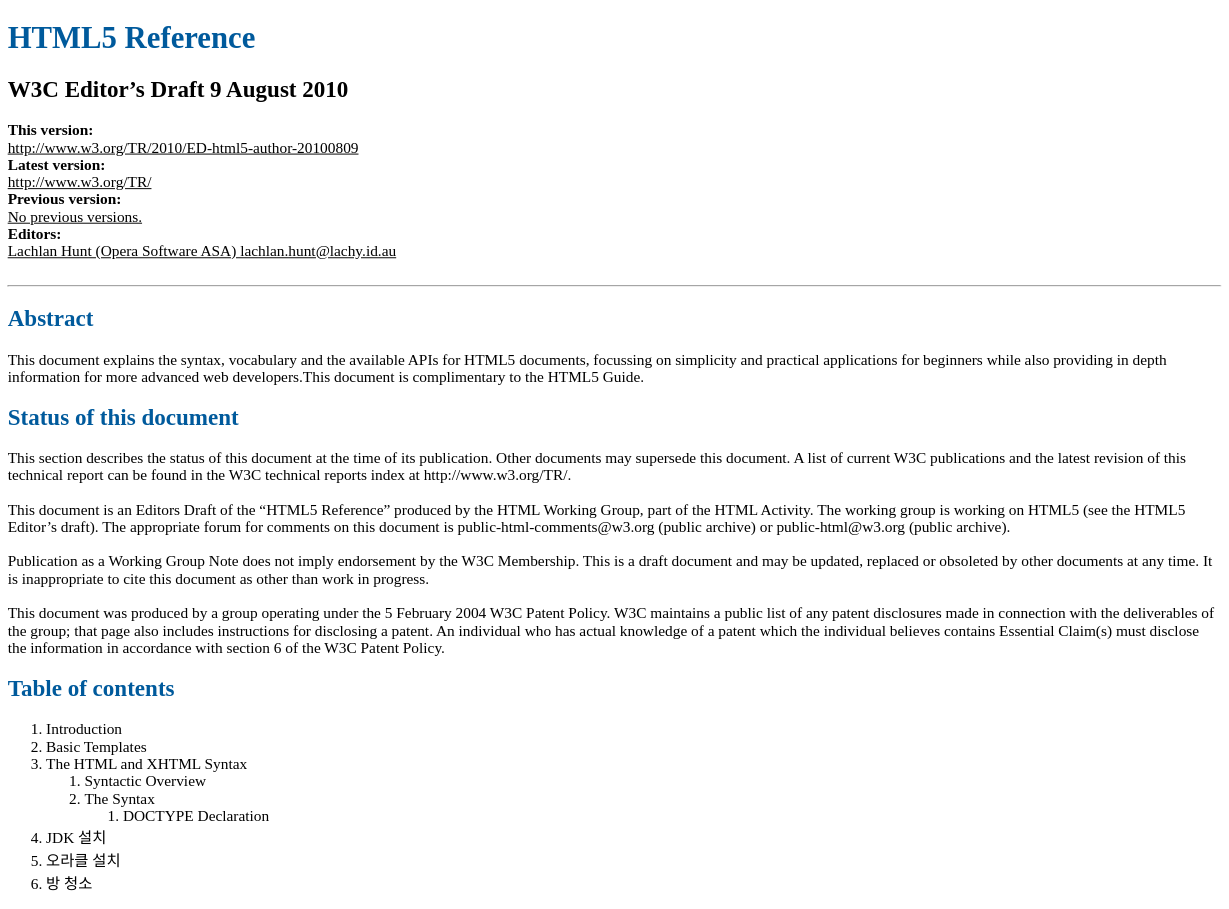
Repository: sungken/htmlProject
Page: ClientTest/src/main/webapp/html/test/list.html
These files come from the project's save history. The page is drawn as it stood at one moment and after the next save; the edit follows.
The browser window is 1280 px wide. The pictures show the whole page, at 96% of full size.

Above is the page before, as saved 2024-03-13 02:30:34.

### ClientTest/src/main/webapp/html/test/list.html
<!DOCTYPE html>
<html>
<head>
<meta charset="UTF-8">
<title>Insert title here</title>
</head>
<body>
<h1><font color="#005A9C">HTML5 Reference</font></h1>
<h2>W3C Editor’s Draft 9 August 2010</h2>
<b>This version:</b><br>
<u>http://www.w3.org/TR/2010/ED-html5-author-20100809</u><br>
<b>Latest version:</b><br>
<u>http://www.w3.org/TR/</u><br>
<b>Previous version:</b><br>
<u>No previous versions.</u><br>
<b>Editors:</b><br>
<u>Lachlan Hunt (Opera Software ASA) lachlan.hunt@lachy.id.au</u><br><br>
<hr>

<h2><font color="#005A9C">Abstract</font></h2>
<p>This document explains the syntax, vocabulary and the available APIs for HTML5 documents, focussing on simplicity and practical applications for beginners while also providing in depth information for more advanced web developers.This document is complimentary to the HTML5 Guide.</p>
<h2><font color="#005A9C">Status of this document</font></h2>
<p>This section describes the status of this document at the time of its publication. Other documents may supersede this document. A list of current W3C publications and the latest revision of this technical report can be found in the W3C technical reports index at http://www.w3.org/TR/.
<br><br>
This document is an Editors Draft of the “HTML5 Reference” produced by the HTML Working Group, part of the HTML Activity. The working group is working on HTML5 (see the HTML5 Editor’s draft). The appropriate forum for comments on this document is public-html-comments@w3.org (public archive) or public-html@w3.org (public archive).
<br><br>
Publication as a Working Group Note does not imply endorsement by the W3C Membership. This is a draft document and may be updated, replaced or obsoleted by other documents at any time. It is inappropriate to cite this document as other than work in progress.
<br><br>
This document was produced by a group operating under the 5 February 2004 W3C Patent Policy. W3C maintains a public list of any patent disclosures made in connection with the deliverables of the group; that page also includes instructions for disclosing a patent. An individual who has actual knowledge of a patent which the individual believes contains Essential Claim(s) must disclose the information in accordance with section 6 of the W3C Patent Policy.</p>

<h2><font color="#005A9C">Table of contents</font></h2>

<ol type="1">
	<li>Introduction</li>
	<li>Basic Templates</li>
	<li>
		The HTML and XHTML Syntax
		<ol type="1">
		<li>Syntactic Overview</li>
		<li>The Syntax</li>
			<ol type="1">
			<li>DOCTYPE Declaration</li>

			</ol>
		</ol>
	</li>
	<li>JDK 설치</li>
	<li>오라클 설치</li>
	<li>방 청소</li>
</ol>








</body>
</html>

After the next save:
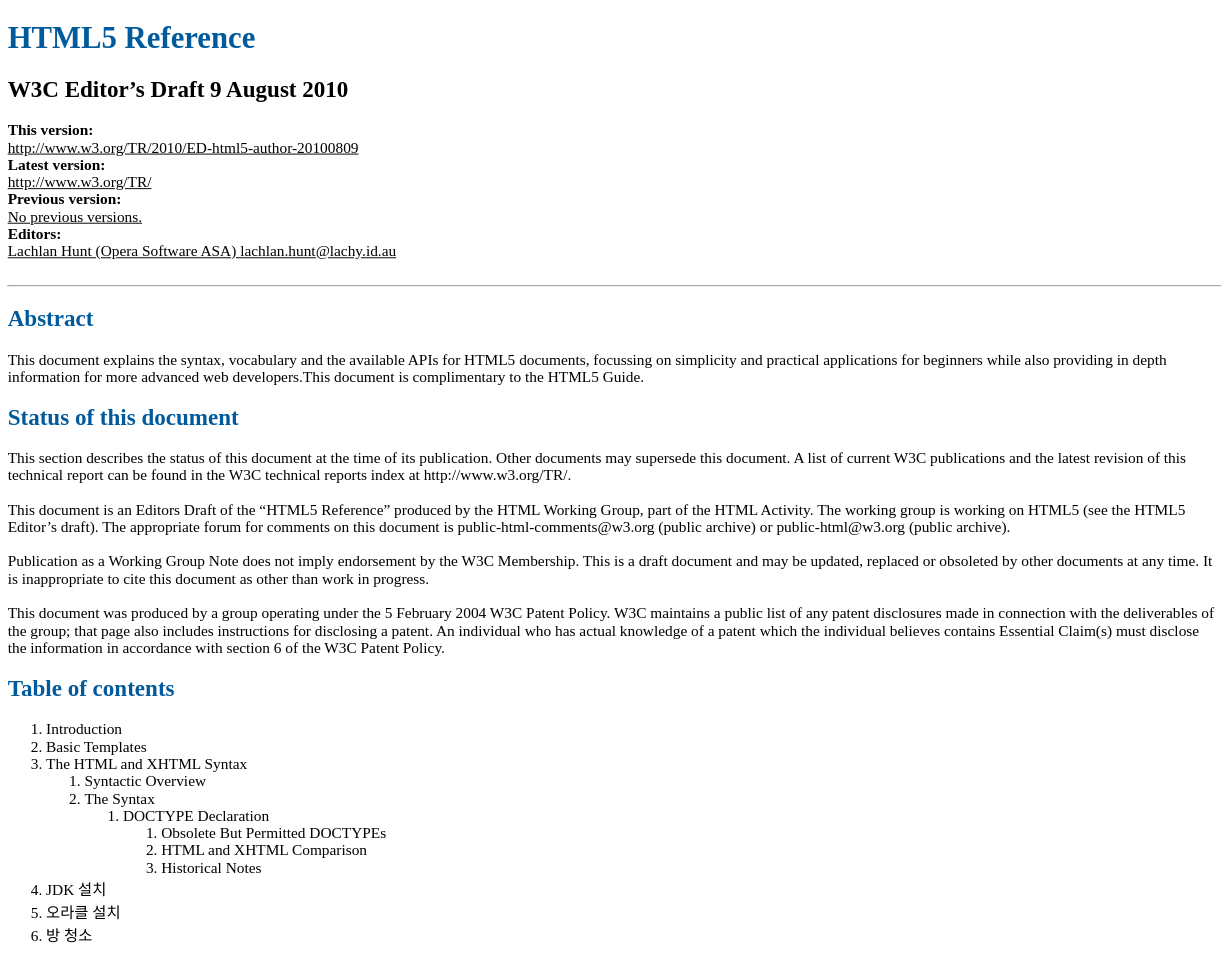
Saved 91 s later.
--- a/ClientTest/src/main/webapp/html/test/list.html
+++ b/ClientTest/src/main/webapp/html/test/list.html
@@ -40,7 +40,11 @@
 		<li>The Syntax</li>
 			<ol type="1">
 			<li>DOCTYPE Declaration</li>
-
+				<ol type="1">
+				<li>Obsolete But Permitted DOCTYPEs</li>
+				<li>HTML and XHTML Comparison</li>
+				<li>Historical Notes</li>
+				</ol>
 			</ol>
 		</ol>
 	</li>
